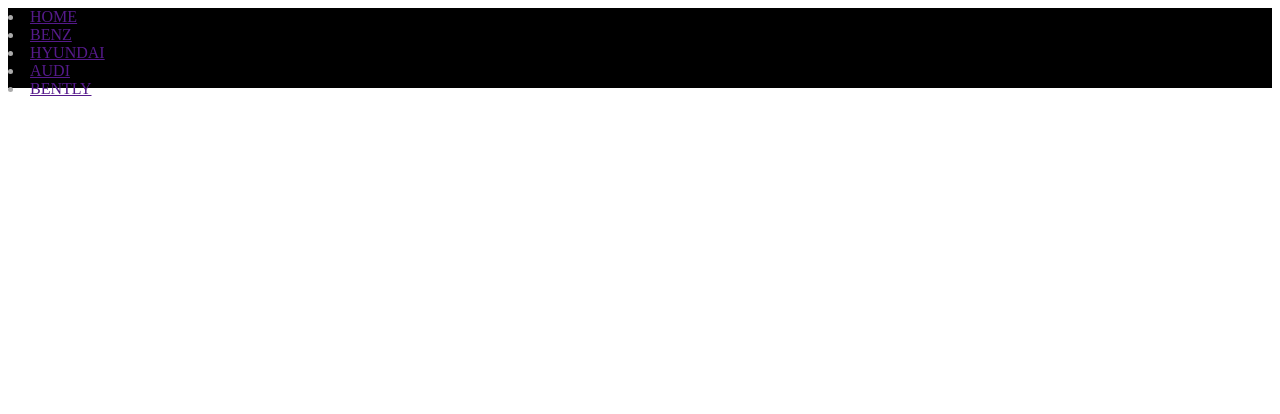
Repository: keeka2/webPractice
Page: MyStudy/HTML_Study/work/web/WebContent/apple.html
An editor plug-in stored every save of this project. The page is shown before and after the next save, followed by the edit.
The browser window is 1280 px wide. The pictures show the whole page.

Above is the page before, as saved 2020-08-24 06:54:41.

After the next save:
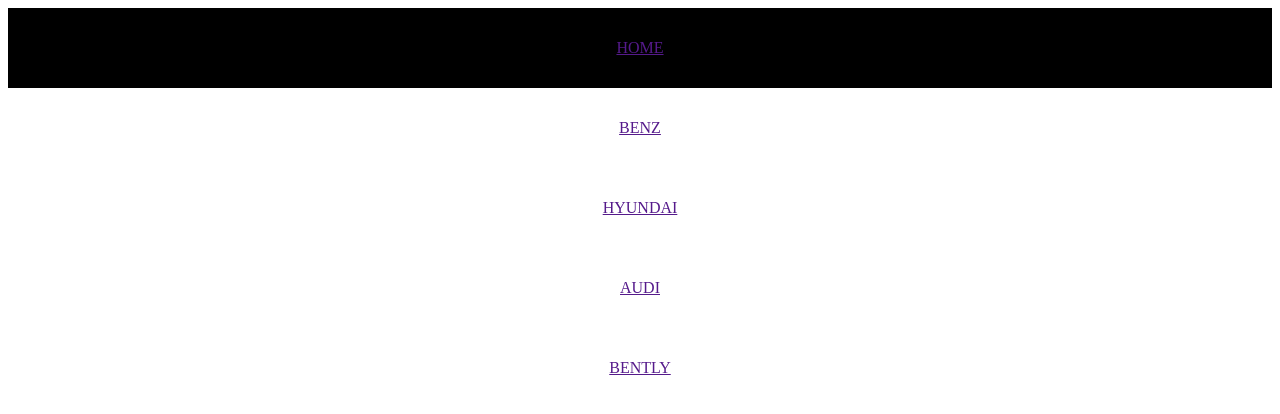
Saved 79 s later.
--- a/MyStudy/HTML_Study/work/web/WebContent/apple.html
+++ b/MyStudy/HTML_Study/work/web/WebContent/apple.html
@@ -21,13 +21,13 @@
 </head>
 <body>
 	<header>
-		<div id="menu">
+		<ul id="menu">
 			<li id=""><a href>HOME</a></li>
 			<li id=""><a href>BENZ</a></li>
 			<li id=""><a href>HYUNDAI</a></li>
 			<li id=""><a href>AUDI</a></li>
 			<li id=""><a href>BENTLY</a></li>
-		</div>
+		</ul>
 	</header>
 </body>
 </html>
